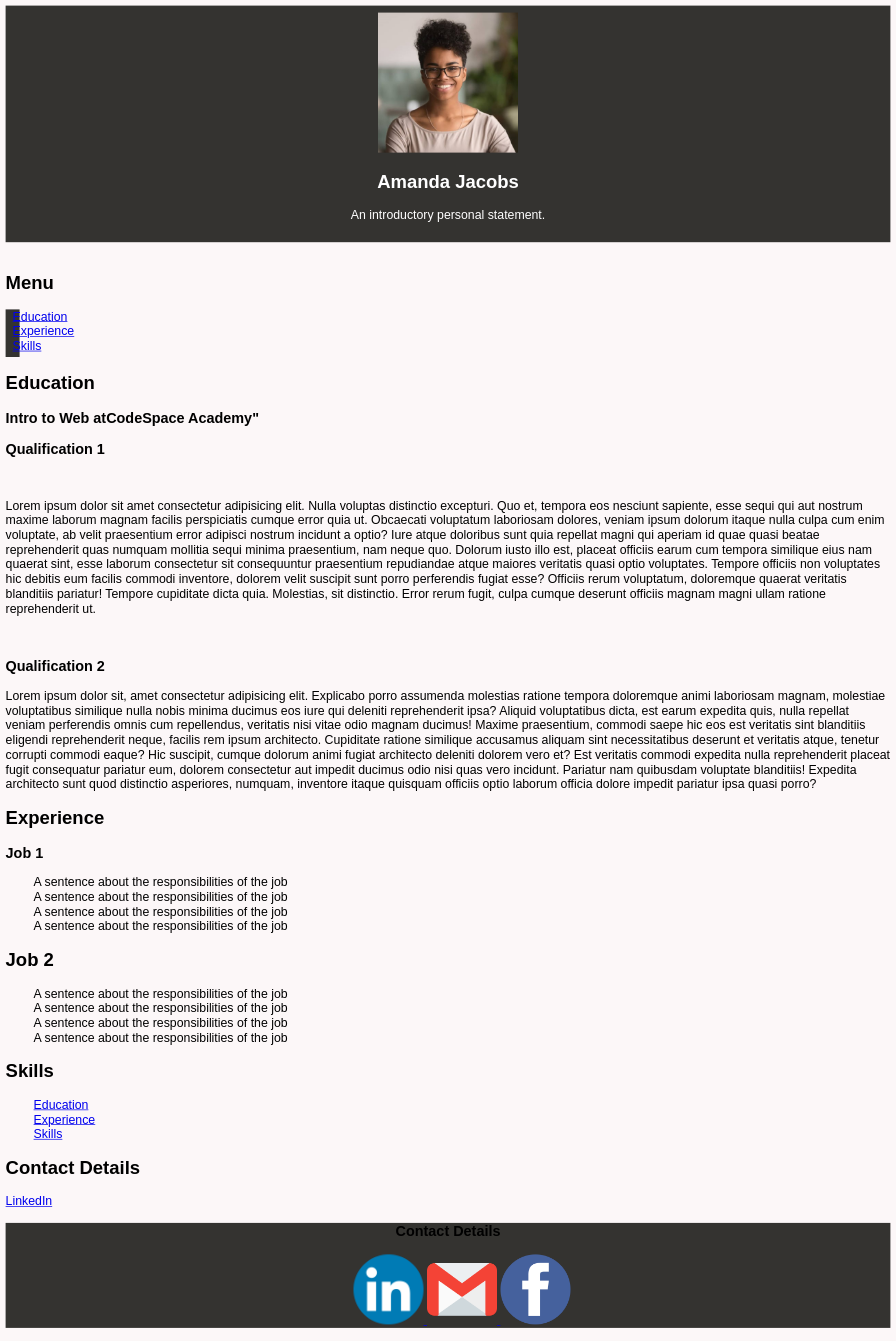
Repository: LeonardMhere/Resume-3
Page: resume `3/index.html
These files come from the project's save history. The page is drawn as it stood at one moment and after the next save; the edit follows.
The browser window is 1280 px wide. The pictures show the whole page, at 70% of full size.

Above is the page before, as saved 2023-03-23 09:09:57.

### resume `3/index.html
<!DOCTYPE html>
<html lang="en">
    <meta charset="UTF-8">
    <meta http-equiv="X-UA-Compatible" content="IE=edge">
    <meta name="viewport" content="width=device-width, initial-scale=1.0">
    <link rel="stylesheet" href="css/stylesheet.css">

<head>
    <title>Amanda Jacobs</title>
</head>

<body>


  <header id="heading">
 <aside>
   <img id="profilePhoto" src="./images/profilePhoto.jpeg" width="200px"
   alt="Error Thumbnail">

  <h1>Amanda Jacobs</h1>
  <p>An introductory personal statement.</p>

    </header>

    <br/>
<main>
  <section>
   <article>
     <div id="sidebar">
      <nav>
        <h2>Menu</h2>

    <ul class="nav-menu">
      <li><a href="education">Education</a></li>
      <li><a href="experience">Experience</a></li>
      <li><a href="skills">Skills</a></li>
  </ul>
</nav>
</aside>



<div class="box-1">
  <h2 id="education">Education</h2>
  <h3>Intro to Web at<a href="http://codespace.co.za/"></a>CodeSpace Academy"</a></h3>



  <h3>Qualification 1</h3>
  <br/>
     <p>Lorem ipsum dolor sit amet consectetur adipisicing elit. Nulla voluptas distinctio excepturi.
       Quo et, tempora eos nesciunt sapiente, esse sequi qui aut nostrum maxime laborum magnam facilis perspiciatis cumque error quia ut. Obcaecati voluptatum laboriosam dolores, veniam ipsum dolorum itaque nulla culpa cum enim voluptate,
       ab velit praesentium error adipisci nostrum incidunt a optio? Iure atque doloribus sunt quia repellat magni qui aperiam id quae quasi beatae reprehenderit quas numquam mollitia sequi minima praesentium, nam neque quo. Dolorum iusto illo est, placeat officiis earum cum tempora similique eius nam quaerat sint, esse laborum consectetur sit consequuntur praesentium repudiandae atque maiores veritatis quasi optio voluptates. Tempore officiis non voluptates hic debitis eum facilis commodi inventore, dolorem velit suscipit sunt porro perferendis fugiat esse? Officiis rerum voluptatum, doloremque quaerat veritatis blanditiis pariatur! Tempore cupiditate dicta quia. Molestias, sit distinctio. Error rerum fugit, culpa cumque deserunt officiis magnam magni ullam ratione reprehenderit ut.
      </p>
    </div>
      <br/>

  <div class="box-2">
   <h3>Qualification 2</h3>

      <p>
        Lorem ipsum dolor sit, amet consectetur adipisicing elit. Explicabo porro assumenda molestias ratione tempora doloremque animi laboriosam magnam, molestiae voluptatibus similique nulla nobis minima ducimus eos iure qui deleniti reprehenderit ipsa? Aliquid voluptatibus dicta, est earum expedita quis, nulla repellat veniam perferendis omnis cum repellendus, veritatis nisi vitae odio magnam ducimus! Maxime praesentium, commodi saepe hic eos est veritatis sint blanditiis eligendi reprehenderit neque, facilis rem ipsum architecto. Cupiditate ratione similique accusamus aliquam sint necessitatibus deserunt et veritatis atque, tenetur corrupti commodi eaque? Hic suscipit, cumque dolorum animi fugiat architecto deleniti dolorem vero et? Est veritatis commodi expedita nulla reprehenderit placeat fugit consequatur pariatur eum, dolorem consectetur aut impedit ducimus odio nisi quas vero incidunt. Pariatur nam quibusdam voluptate blanditiis! Expedita architecto sunt quod distinctio asperiores, numquam, inventore itaque quisquam officiis optio laborum officia dolore impedit pariatur ipsa quasi porro?
      </p>
    </div>


    <h2 id="experience">Experience</h2>

    <h3>Job 1</h3>
    <p>
        <ul>
            <li>A sentence about the responsibilities of the job</li>
            <li>A sentence about the responsibilities of the job</li>
            <li>A sentence about the responsibilities of the job</li>
            <li>A sentence about the responsibilities of the job</li>
        </ul>
    </p>



    <h2>Job 2</h2>

     <p>
        <ul>
            <li>A sentence about the responsibilities of the job</li>
            <li>A sentence about the responsibilities of the job</li>
            <li>A sentence about the responsibilities of the job</li>
            <li>A sentence about the responsibilities of the job</li>
        </ul>
     </p>



      <h2 id="skills">Skills</h2>

<ul>
  <li><a href="#education">Education</a></li>
  <li><a href="#experience">Experience</a></li>
  <li><a href="#Skills">Skills</a></li>
</ul>
</p>

<h2>Contact Details</h2>
<p><a href="http://linkedin.com">LinkedIn</a>

    </section>
  </article>
</main>








<footer>
    <h3>Contact Details</h3>
    <ul>
       <a href="http://linkedin.com" target="_blank">
           <img class="icons" src="images/linkedinIcon.png"
           alt="Amanda Jacobs Linkedin"
           width="100px">

       </a>

       <a href="//http://gmail.com" target="_blank">
        <img class="icons" src="images/gmailIcon.png"
        alt="Amanda Jacobs Gmail"
        width="100px">
       </a>

       <a href="//http://facebook.com" target="_blank">
        <img class="icons" src="images/facebookIcon.png"
        alt="Amanda Jacobs facebook Account"
        width="100px">
       </a>
</ul>
</footer>











</body>
</html>

### resume `3/css/stylesheet.css
body{
  font-family: sans-serif;
  font-size:110%;
  background-color: #FCF7F8;
}

header {
  text-align: center;
  background-color: #343330;
  color: white;
  padding: 10px 0 10px ;
}

menu {
  background-color: #343330;
}


.nav-menu{
  width: 10px;
  height:fit-content;
  padding-bottom: 5px;
  padding-left: 10px;
  background-color: #343330;
  color: white;

}

ul {
  list-style: none;
}





footer {
  background-color: #343330;
  text-align: center;
}

After the next save:
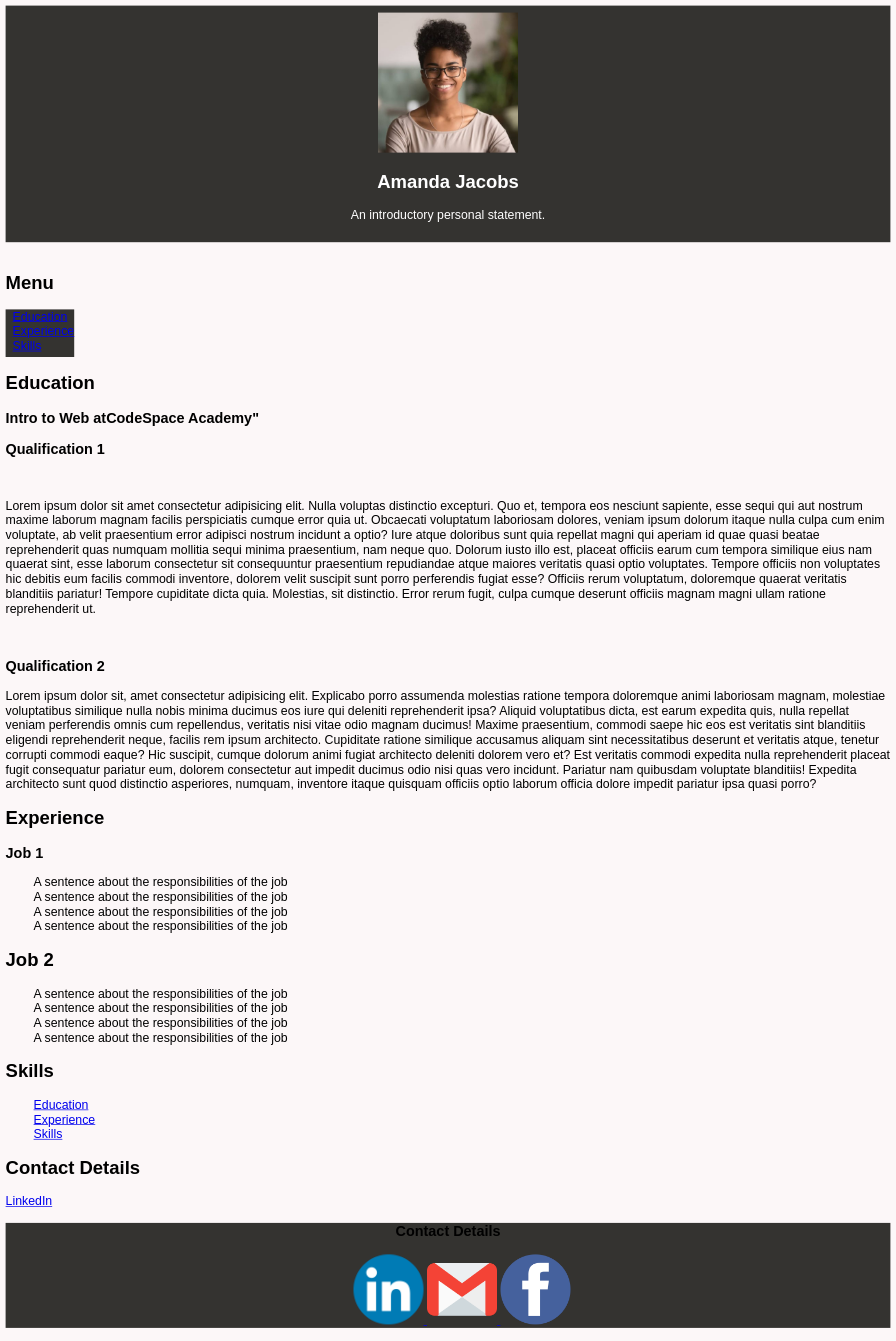
Saved 35 s later.
--- a/resume `3/css/stylesheet.css
+++ b/resume `3/css/stylesheet.css
@@ -17,7 +17,7 @@ menu {
 
 
 .nav-menu{
-  width: 10px;
+  width:fit-content;
   height:fit-content;
   padding-bottom: 5px;
   padding-left: 10px;
